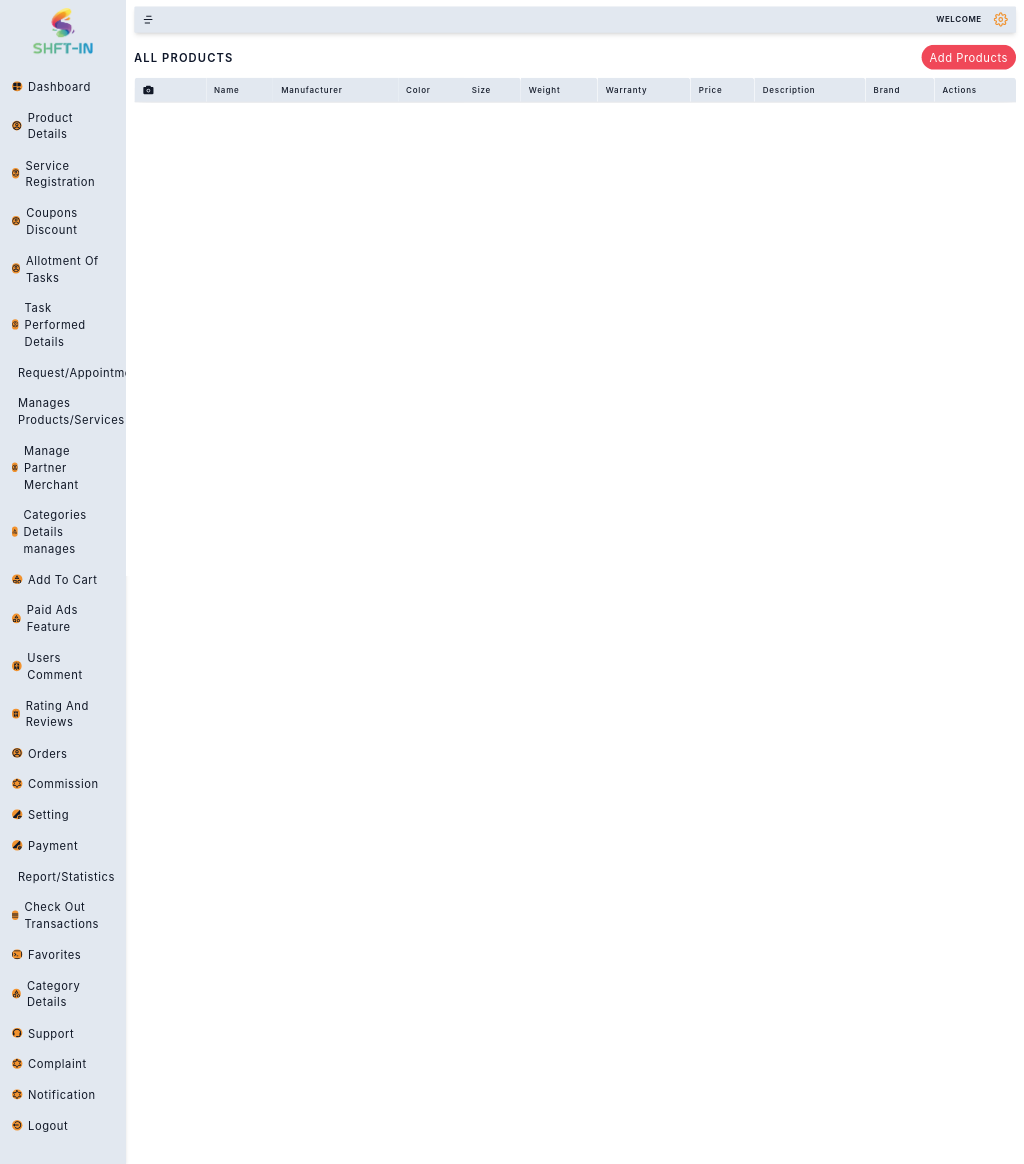
Repository: rohit0915/Mr-Arun-Chauhan-Admin-Panel
Page: /vendorProducts
The author's editor kept a copy of each file at every save. The page is drawn from the files as they stood at one save, then again after the next save.
The browser window is 1280 px wide. The pictures show the whole page, at 80% of full size.
The page's requests for data from a server got no answer. The project was rebuilt for these pictures with package versions that can differ from the ones it lists, and the page was loaded fresh each time. No one was signed in, and anything a server would have sent is missing. Also part of the build but not shown: src/components/forms/Login.jsx, src/components/layout/Navbar.jsx, src/components/layout/Sidebar.jsx, src/components/layout/HOC.jsx, src/components/pages/Dashboard.jsx, src/components/pages/products/Products.jsx, src/components/pages/categories/Categories.jsx, src/components/pages/subcategories/SubCategories.jsx and 81 more.

Above is the page before, as saved 2022-11-24 14:30:50.

After the next save:
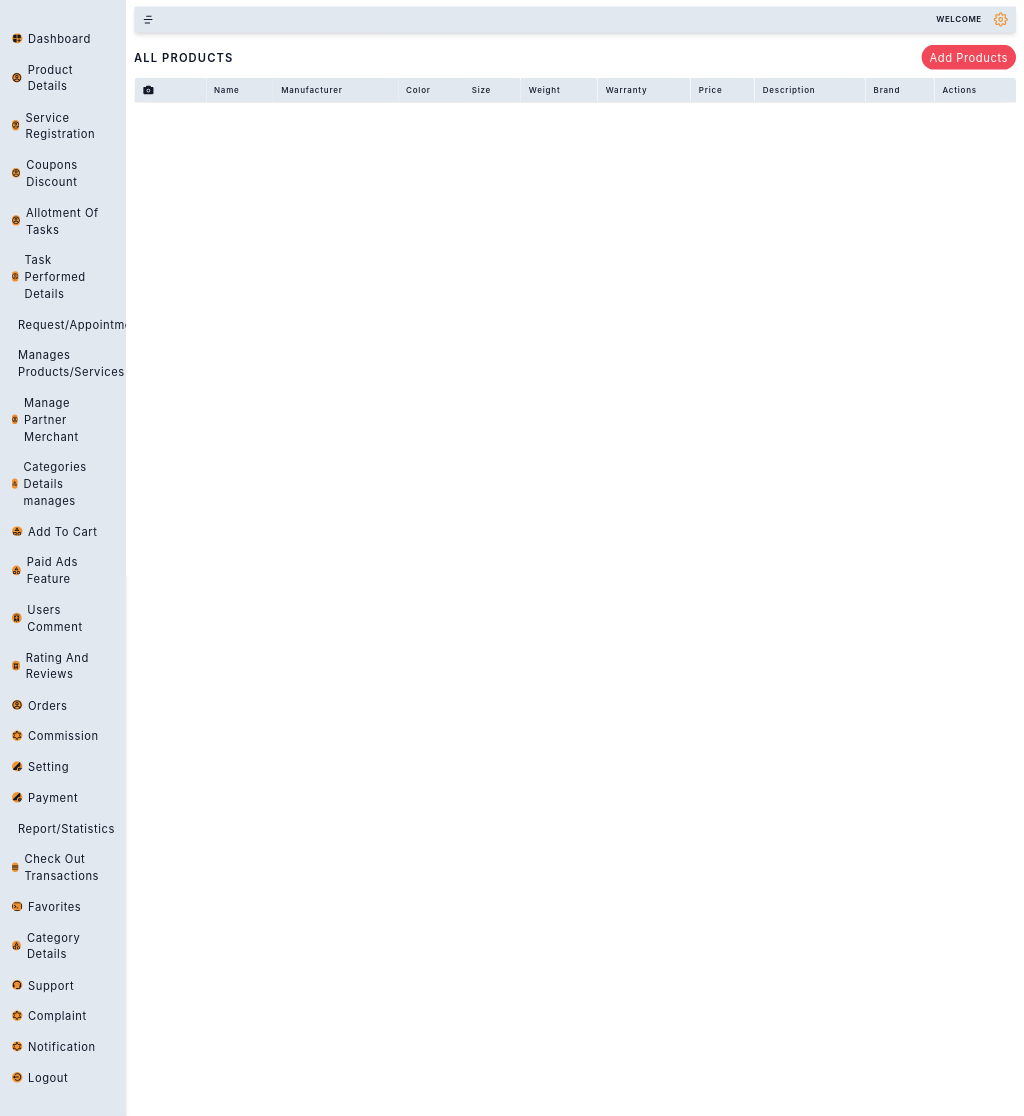
Saved 9 s later.
--- a/src/vendorPanel/components/layout/Sidebar.jsx
+++ b/src/vendorPanel/components/layout/Sidebar.jsx
@@ -223,7 +223,8 @@ const Sidebar = ({ hamb, setHamb }) => {
         {/* Logo */}
         <figure className="flex  flex-col items-center">
           <span className="font-bold text-[rgb(241,146,46)]">
-            <img src={image} className="h-24" />
+            {/* <img src={image} className="h-24" /> */}
+
           </span>
         </figure>
         {/* Nav-menu */}
